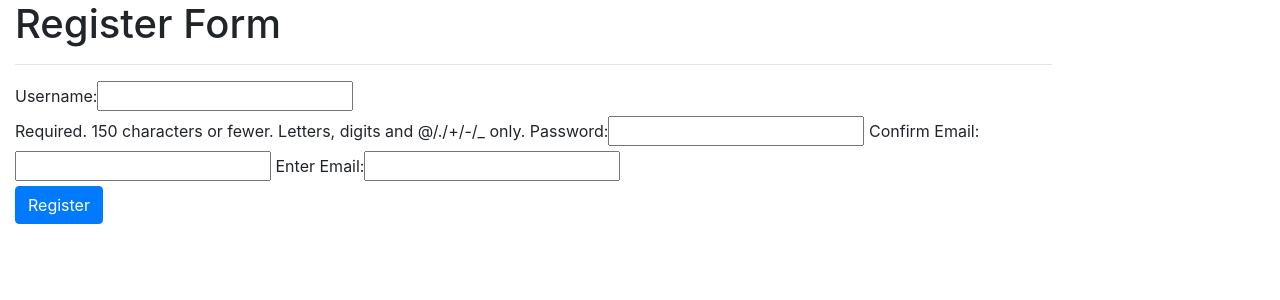
Repository: Sarthak123456/Django-Login
Page: http://localhost/register/
The author's editor kept a record of every edit. The page is drawn from the files as they stood at one moment, then again after the next edit.
The browser window is 1280 px wide. The pictures show the whole page.
Some web libraries are served in a nearby version. The page is served by the project's application, run on Django 2.2 (mysite/manage.py).

Above is the page before.

After the next edit:
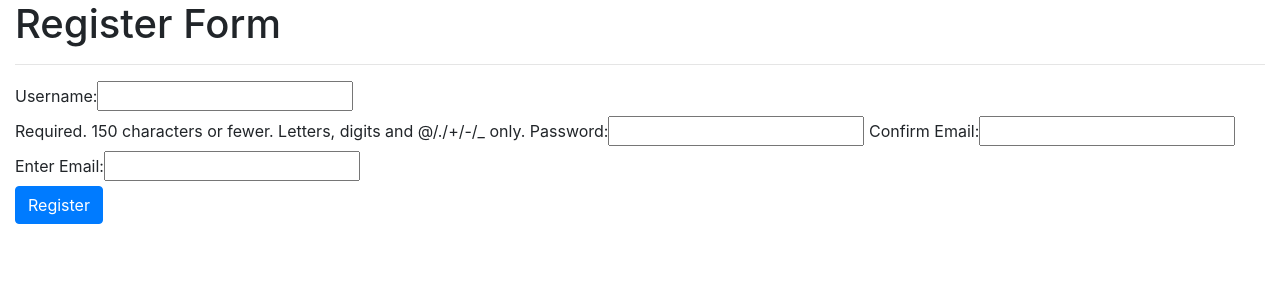
The edit:
--- a/mysite/accounts/templates/form.html
+++ b/mysite/accounts/templates/form.html
@@ -4,7 +4,7 @@
 
 
 {% block content %}
-<div class='col-md-10 col-sm-offset-1'>
+<div class='col-md-12 col-sm-offset-1'>
     <h1>{{ title }} Form</h1>
 
 <hr/>
